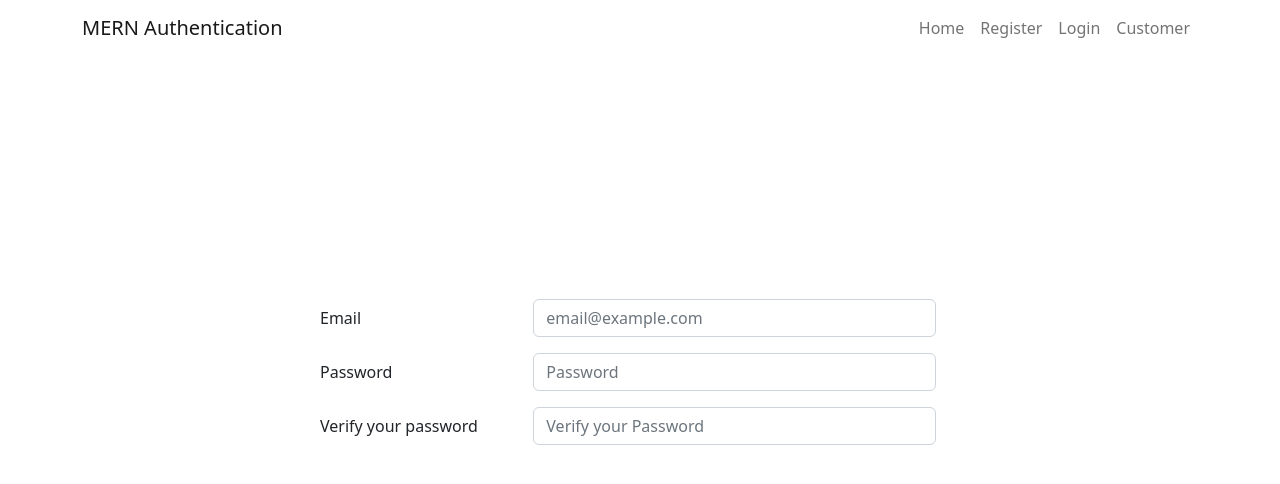
Repository: RubaHusam/MERN-Auth
Page: /register (app in frontend/)
An editor plug-in stored every save of this project. The page is shown before and after the next save, followed by the edit.
The browser window is 1280 px wide. The pictures show the whole page.
The project was rebuilt for these pictures with package versions that can differ from the ones it lists, and the page was loaded fresh each time.

Above is the page before, as saved 2023-01-27 19:03:59.

### frontend/src/index.js
import React from 'react';
import ReactDOM from 'react-dom/client';
import './index.css';
import App from './App';

import 'bootstrap/dist/css/bootstrap.min.css';

const root = ReactDOM.createRoot(document.getElementById('root'));
root.render(
  <React.StrictMode>
    <App />
  </React.StrictMode>
);

### frontend/src/App.js
import React from 'react';
import { BrowserRouter as Router, Route, Routes } from 'react-router-dom';

import Header from './components/Layout/Header';
import Register from './components/Auth/Register';

function App() {
  return (
    <>
      <Router>
        <Header />
        <Routes>
          <Route path='/' element={<div>Home</div>}></Route>
          <Route path='/register' element={<Register />}></Route>
          <Route path='/login' element={<div>Login</div>}></Route>
          <Route path='/customer' element={<div>Customer</div>}></Route>
        </Routes>
      </Router>
    </>
  );
}

export default App;

### frontend/src/components/Layout/Header.js
import React from 'react';
import { Nav, Navbar, Container, NavLink } from 'react-bootstrap';
import { Link } from 'react-router-dom';

export default function Header() {
  return (
    <>
      <Navbar collapseOnSelect expand='lg'>
        <Container>
          <Link to='/' style={{ textDecoration: 'none' }}>
            <Navbar.Brand href='/'>MERN Authentication</Navbar.Brand>
          </Link>
          <Navbar.Toggle aria-controls='responsive-navbar-nav' />
          <Navbar.Collapse id='responsive-navbar-nav'>
            <Nav
              style={{
                display: 'flex',
                justifyContent: 'right',
                width: '100%',
                textDecoration: 'none',
              }}>
              <Link to='/' style={{ textDecoration: 'none' }}>
                <NavLink href='/'>Home</NavLink>
              </Link>
              <Link to='/register' style={{ textDecoration: 'none' }}>
                <NavLink href='/register'>Register</NavLink>
              </Link>
              <Link to='/login' style={{ textDecoration: 'none' }}>
                <NavLink href='/login'>Login</NavLink>
              </Link>
              <Link to='/customer' style={{ textDecoration: 'none' }}>
                <NavLink href='/customer'>Customer</NavLink>
              </Link>
            </Nav>
          </Navbar.Collapse>
        </Container>
      </Navbar>
    </>
  );
}

### frontend/src/components/Auth/Register.js
import React from 'react';
import { Form, Row, Col } from 'react-bootstrap';

export default function Register() {
  return (
    <Row
      style={{
        width: '100%',
        display: 'flex',
        justifyContent: 'center',
        alignItems: 'center',
        height: '90vh',
      }}>
      <Form style={{ width: '50%' }}>
        {/* Email */}
        <Form.Group as={Row} className='mb-3' controlId='formPlaintextEmail'>
          <Form.Label column lg='4' sm='2'>
            Email
          </Form.Label>
          <Col lg='8' sm='10'>
            <Form.Control type='email' placeholder='email@example.com' />
          </Col>
        </Form.Group>

        {/* Password */}
        <Form.Group as={Row} className='mb-3' controlId='formPlaintextPassword'>
          <Form.Label column lg='4' sm='2'>
            Password
          </Form.Label>
          <Col lg='8' sm='10'>
            <Form.Control type='password' placeholder='Password' />
          </Col>
        </Form.Group>

        {/* Password */}
        <Form.Group as={Row} className='mb-3' controlId='formPlaintextPassword'>
          <Form.Label column lg='4' sm='2'>
            Verify your password
          </Form.Label>
          <Col lg='8' sm='10'>
            <Form.Control type='password' placeholder='Verify your Password' />
          </Col>
        </Form.Group>
      </Form>
    </Row>
  );
}

Loaded but not shown: frontend/public/index.html (common file); frontend/src/index.css (common file)

After the next save:
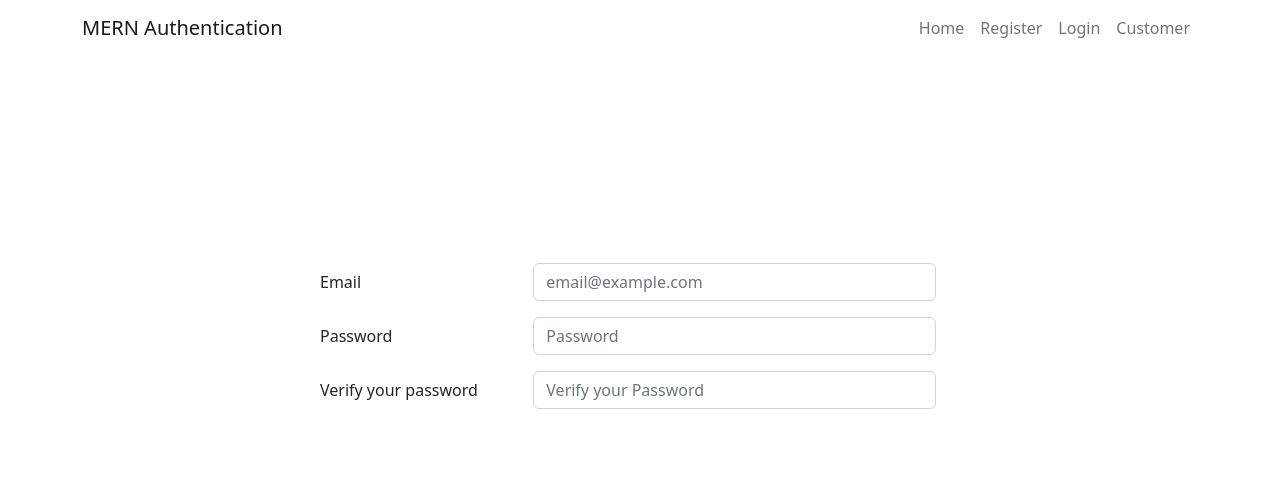
Saved 8 s later.
--- a/frontend/src/components/Auth/Register.js
+++ b/frontend/src/components/Auth/Register.js
@@ -9,7 +9,7 @@ export default function Register() {
         display: 'flex',
         justifyContent: 'center',
         alignItems: 'center',
-        height: '90vh',
+        height: '80vh',
       }}>
       <Form style={{ width: '50%' }}>
         {/* Email */}
